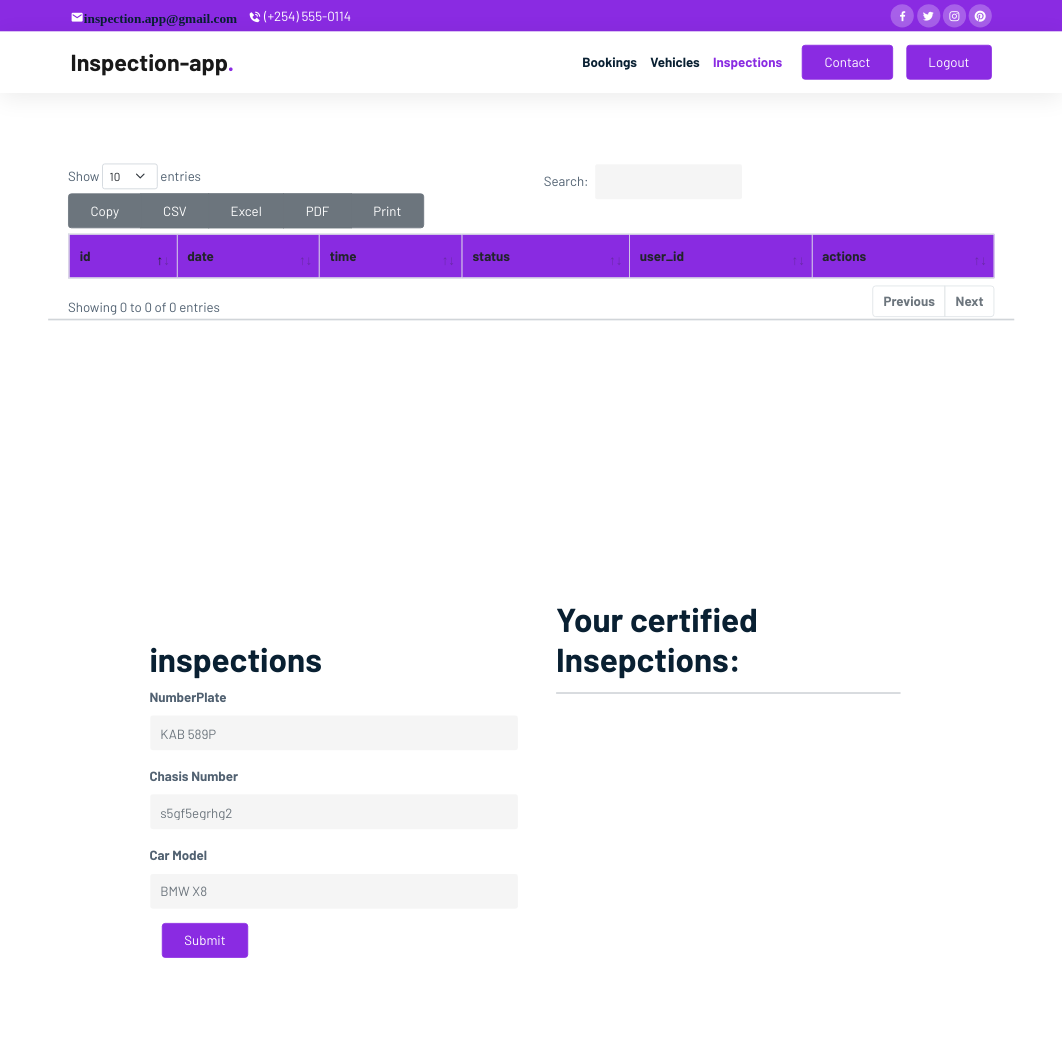
Repository: Jaynie8085/INSPECTION-APP
Page: client/admnDashboard.html
These files come from the project's save history. The page is drawn as it stood at one moment and after the next save; the edit follows.
The browser window is 1280 px wide. The pictures show the whole page, at 83% of full size.
The page's requests for data from a server got no answer.

Above is the page before, as saved 2022-10-17 06:20:54.
Console error: ReferenceError: fetchBookings is not defined

After the next save:
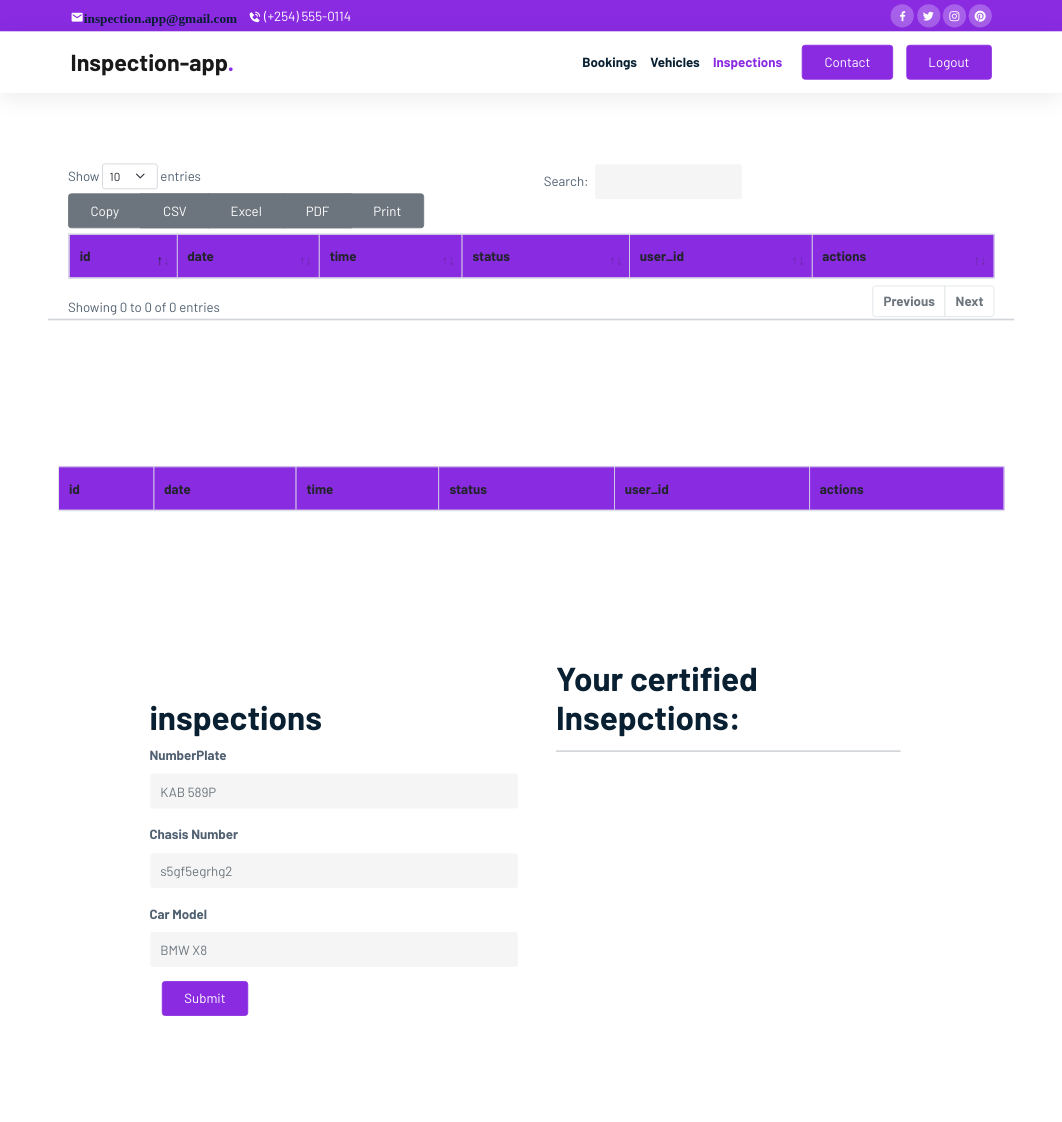
Saved 5 s later.
--- a/client/admnDashboard.html
+++ b/client/admnDashboard.html
@@ -104,7 +104,21 @@
         <section id="vehicles">
             <div class="container">
                 <div class="row justify-content-center">
-
+                    <table id="example" class="table table-striped table-bordered">
+                        <thead class="" style="background-color:rgb(137,43,225)">
+                            <tr>
+                                <th>id</th>
+                                <th>date</th>
+                                <th>time</th>
+                                <th>status</th>
+                                <th>user_id</th>
+                                <th>actions</th>
+                            </tr>
+                        </thead>
+                        <tbody editable="true" id="mwili">
+                            <!-- Add tbody here | DOM Manupilation -->
+                        </tbody>
+                    </table>
                 </div>
             </div>
             </div>
